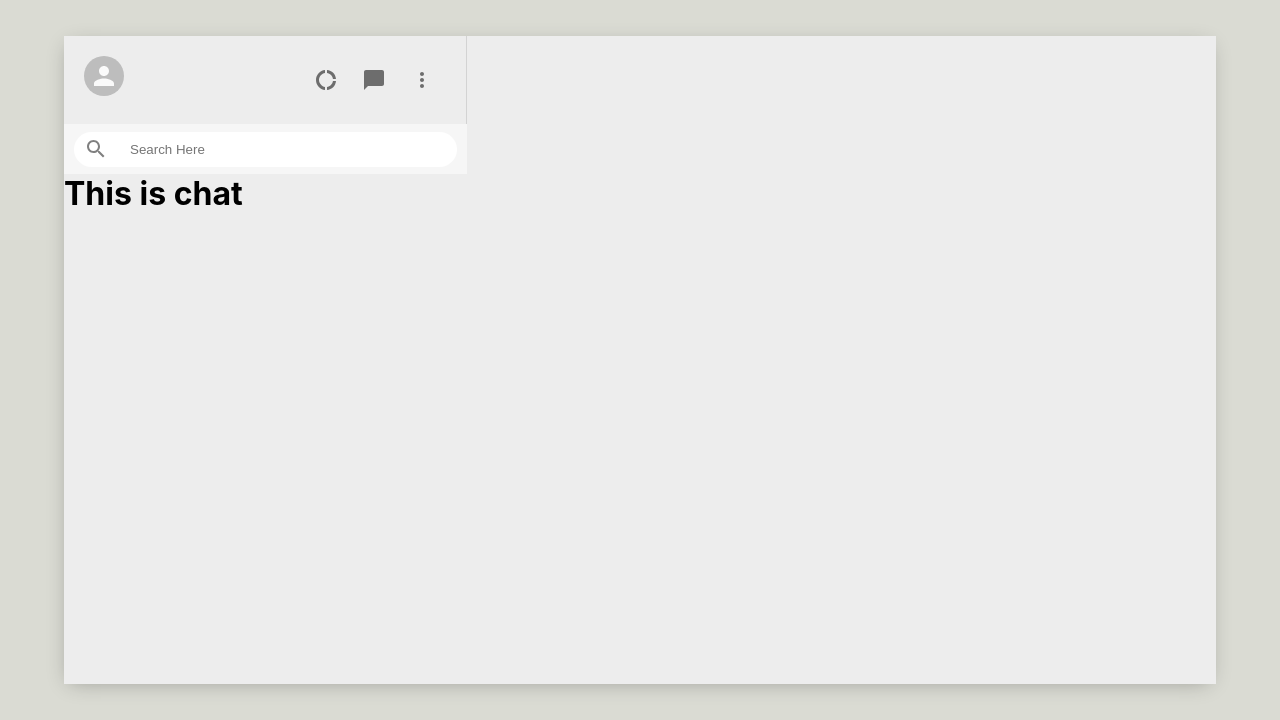
Repository: Prafullkuma/whatsappclon
Page: /
The author's editor kept a copy of each file at every save. The page is drawn from the files as they stood at one save, then again after the next save.
The browser window is 1280 px wide. The pictures show the whole page.
The project was rebuilt for these pictures with package versions that can differ from the ones it lists, and the page was loaded fresh each time. Also part of the build but not shown: src/Component/Chat/sidebarChat.css.

Above is the page before, as saved 2020-08-19 12:14:57.

### src/App.js
import React from 'react';
import './App.css';
import Sidebar from './Component/Sidebar'
function App() {
  return (
    <div className="app">
      <div className="app__body">
        <Sidebar />
      </div>
    </div>
  );
}

export default App;

### src/App.css
.app{
  background-color: #dadbd3;
  height: 100vh;
  display: grid;
  place-items: center;
}
.app__body{
  display: flex;
  height: 90vh;
  width: 90vw;
  background-color: #ededed;
  box-shadow: -1px 4px 20px -6px rgba(0, 0, 0, 0.3);
}

### src/Component/Sidebar.js
import React from 'react'
import { Avatar, IconButton } from '@material-ui/core';
import DonutLargeIcon from '@material-ui/icons/DonutLarge';
import ChatBubbleIcon from '@material-ui/icons/ChatBubble';
import MoreVertIcon from '@material-ui/icons/MoreVert';
import SearchIcon from '@material-ui/icons/Search';
import './Sidebar.css'
function Slidebar() {
    return (
        <div className="sidebar">
            <div className="sidebar_header">
                <Avatar />
                <div className="sidebar_headerRight">
                    <IconButton>
                        <DonutLargeIcon />
                    </IconButton>
                    <IconButton>
                        <ChatBubbleIcon />
                    </IconButton>
                    <IconButton>
                        <MoreVertIcon />
                    </IconButton>
                </div>
            </div>
            <div className="sidebar_search">
                <div className="search_container">
                    <SearchIcon />
                    <input type="text"
                        placeholder="Search Here" />
                </div>
            </div>
            <div className="sidebar_chat">
                <h1>This is chat</h1>

            </div>
        </div >
    )
}

export default Slidebar

### src/Component/Sidebar.css
.sidebar{
 display: flex;
 flex-direction: column;
 flex: 0.35;
}
.sidebar_header{
    display: flex;
    justify-content: space-between;
    padding: 20px;
    border-right: 1px solid lightgray;
}
.sidebar_headerRight{
    display: flex;
    align-items: center;
    justify-content: space-between;
    min-width: 9vw;
}
.sidebar_headerRight>.MuiSvgIcon-root{
    margin-right: 2vw;
    font-size: 24px !important;
}
.sidebar_search{
    display: flex;
    align-items: center;
    background-color: #f6f6f6;
    height: 30px;
    padding: 10px;
}
.search_container{
display: flex;
align-items: center;
background-color: white;
width: 100%;
height: 35px;
border-radius: 20px;
}
.search_container>input{
    border: none;
    margin-left: 10px;
}
.search_container>.MuiSvgIcon-root{
    color: gray;
    padding: 10px;
}

### src/Component/Chat/SidebarChat.js
import React from 'react'
import './sidebarChat.css'
function SidebarChat() {
    return (
        <div>
            <h1>Sidebar chat </h1>
        </div>
    )
}

export default SidebarChat

Loaded but not shown: public/index.html (common file); src/index.js (common file); src/index.css (common file)

After the next save:
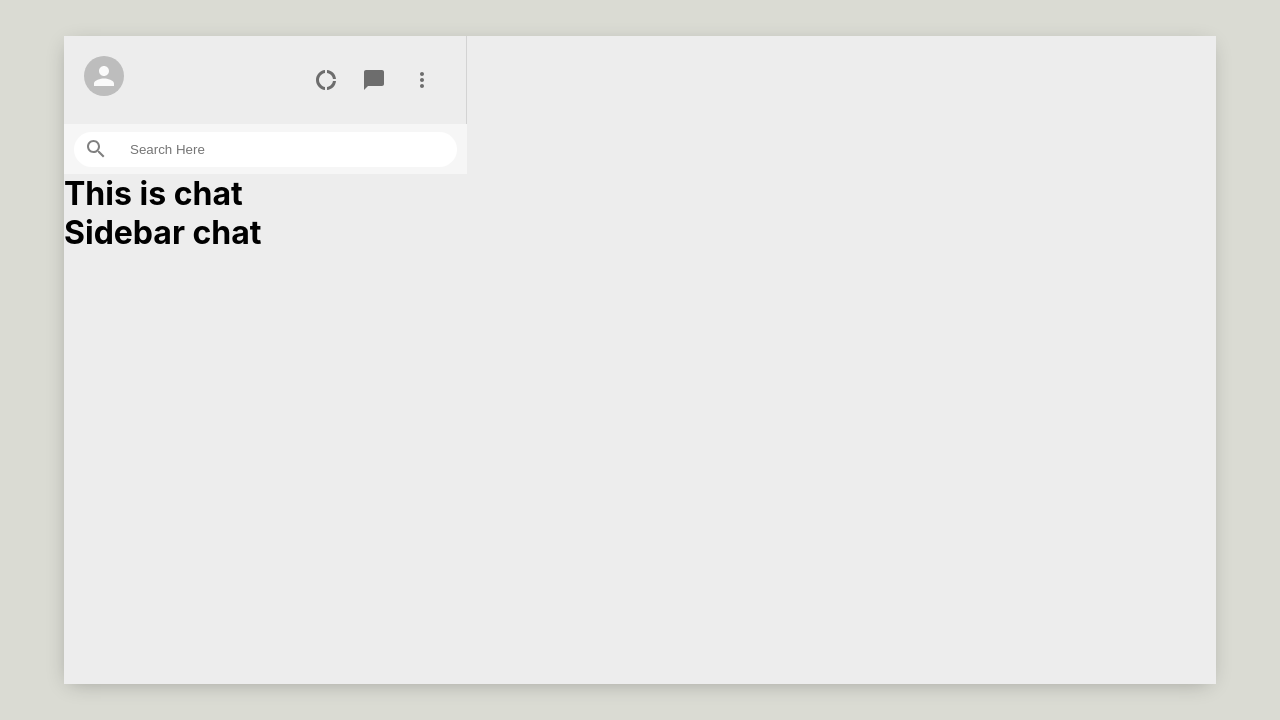
Saved 46 s later.
--- a/src/Component/Sidebar.js
+++ b/src/Component/Sidebar.js
@@ -5,6 +5,7 @@ import ChatBubbleIcon from '@material-ui/icons/ChatBubble';
 import MoreVertIcon from '@material-ui/icons/MoreVert';
 import SearchIcon from '@material-ui/icons/Search';
 import './Sidebar.css'
+import SidebarChat from './Chat/SidebarChat';
 function Slidebar() {
     return (
         <div className="sidebar">
@@ -31,7 +32,7 @@ function Slidebar() {
             </div>
             <div className="sidebar_chat">
                 <h1>This is chat</h1>
-
+                <SidebarChat />
             </div>
         </div >
     )
